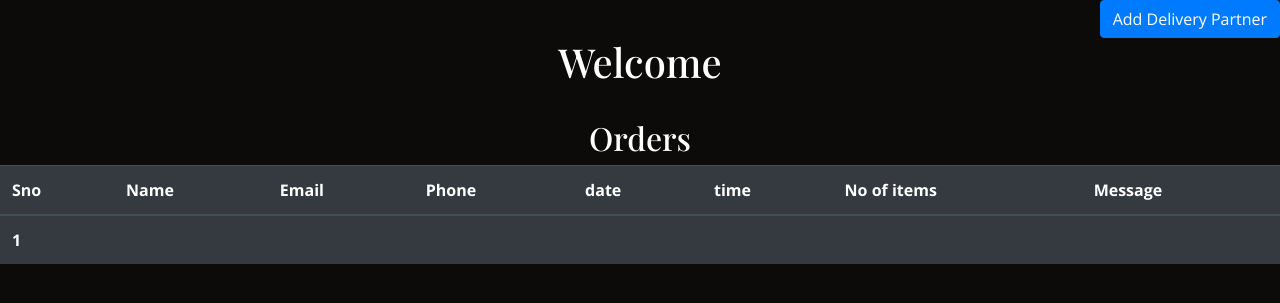
Repository: Amalraveendran/Amal
Page: http://localhost/cakehub/admin-.jsp
An editor plug-in stored every save of this project. The page is shown before and after the next save, followed by the edit.
The browser window is 1280 px wide. The pictures show the whole page.
Some web fonts or font styles are not loaded; a fallback is used. The page is served by Tomcat 9. The session is filled in as if someone had signed in: {"username": "testuser"}. Other server files are loaded and not shown. The template is opened directly, without the code that normally fills it, so the values that code supplies are empty.

Above is the page before, as saved 2021-01-30 08:53:14.

### Eclipse Workspace/cakehub/WebContent/admin-.jsp
<%@ page language="java" contentType="text/html; charset=ISO-8859-1"
    pageEncoding="ISO-8859-1"%>
<!DOCTYPE html>
<html>
<head>
<meta charset="ISO-8859-1">
<title>Admin-pane</title>

 <link href="assets/img/back.jpg" rel="icon">
  <link href="assets/img/index.jpg" rel="apple-touch-icon">

  <!-- Google Fonts -->
  <link href="https://fonts.googleapis.com/css?family=Open+Sans:300,300i,400,400i,600,600i,700,700i|Playfair+Display:ital,wght@0,400;0,500;0,600;0,700;1,400;1,500;1,600;1,700|Poppins:300,300i,400,400i,500,500i,600,600i,700,700i" rel="stylesheet">

  <!-- Vendor CSS Files -->
  <link href="assets/vendor/bootstrap/css/bootstrap.min.css" rel="stylesheet">
  <link href="assets/vendor/icofont/icofont.min.css" rel="stylesheet">
  <link href="assets/vendor/boxicons/css/boxicons.min.css" rel="stylesheet">
  <link href="assets/vendor/animate.css/animate.min.css" rel="stylesheet">
  <link href="assets/vendor/owl.carousel/assets/owl.carousel.min.css" rel="stylesheet">
  <link href="assets/vendor/venobox/venobox.css" rel="stylesheet">
  <link href="assets/vendor/aos/aos.css" rel="stylesheet">

  <!-- Template Main CSS File -->
  <link href="assets/css/style.css" rel="stylesheet">
</head>
<body>



<%

if(session.getAttribute("username")==null)
{
	response.sendRedirect("login.jsp");
}




%>
<nav align="right">

<a class="btn btn-primary" href="deliveryPartnerReg.jsp">Add Delivery Partner</a>

</nav>
<center>
<h1>Welcome</h1>
<hr>
<h2>Orders</h2>
<table class="table table-dark" >
  <thead>
    <tr>
      <th scope="col">Sno</th>
      <th scope="col">Name</th>
      <th scope="col">Email</th>
      <th scope="col">Phone</th>
      <th scope="col">date</th>
      <th scope="col">time</th>
      <th scope="col">No of items</th>
      <th scope="col">Message</th>
    </tr>
  </thead>
  <tbody>

  <c:forEach var="i" begin="1" end ="10">

    <tr>
      <th scope="row">1</th>
      <td>${name }</td>
      <td>${email}</td>
      <td>${phone }</td>
        <td>${date}</td>
          <td>${time}</td>
            <td>${nos}</td>
              <td>${message}</td>
    </tr>
    </c:forEach>

  </tbody>
</table>
</center>



 <script src="assets/vendor/jquery/jquery.min.js"></script>
  <script src="assets/vendor/bootstrap/js/bootstrap.bundle.min.js"></script>
  <script src="assets/vendor/jquery.easing/jquery.easing.min.js"></script>
  <script src="assets/vendor/php-email-form/validate.js"></script>
  <script src="assets/vendor/owl.carousel/owl.carousel.min.js"></script>
  <script src="assets/vendor/isotope-layout/isotope.pkgd.min.js"></script>
  <script src="assets/vendor/venobox/venobox.min.js"></script>
  <script src="assets/vendor/aos/aos.js"></script>

  <!-- Template Main JS File -->
  <script src="assets/js/main.js"></script>
</body>
</html>

Loaded but not shown: Eclipse Workspace/cakehub/WebContent/assets/js/main.js (220 lines, source omitted); Eclipse Workspace/cakehub/WebContent/assets/css/style.css (1797 lines, source omitted)

After the next save:
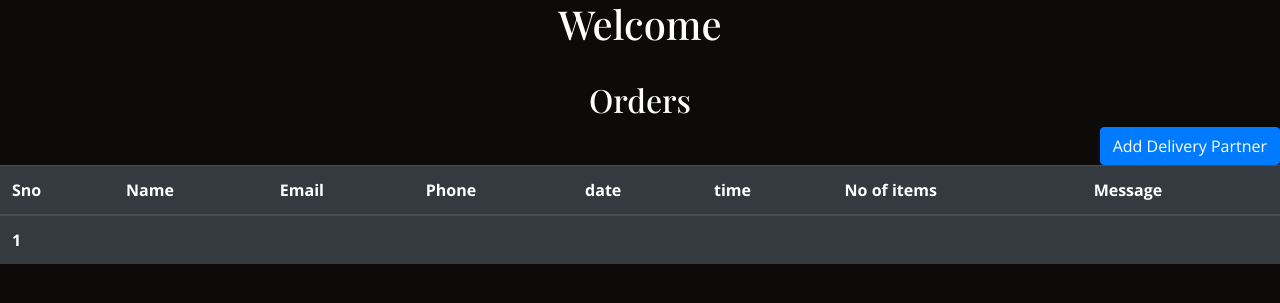
Saved 21 s later.
--- a/Eclipse Workspace/cakehub/WebContent/admin-.jsp
+++ b/Eclipse Workspace/cakehub/WebContent/admin-.jsp
@@ -39,15 +39,16 @@ if(session.getAttribute("username")==null)
 
 
 %>
+
+<center>
+<h1>Welcome</h1>
+<hr>
+<h2>Orders</h2>
 <nav align="right">
 
 <a class="btn btn-primary" href="deliveryPartnerReg.jsp">Add Delivery Partner</a>
 
 </nav>
-<center>
-<h1>Welcome</h1>
-<hr>
-<h2>Orders</h2>
 <table class="table table-dark" >
   <thead>
     <tr>
